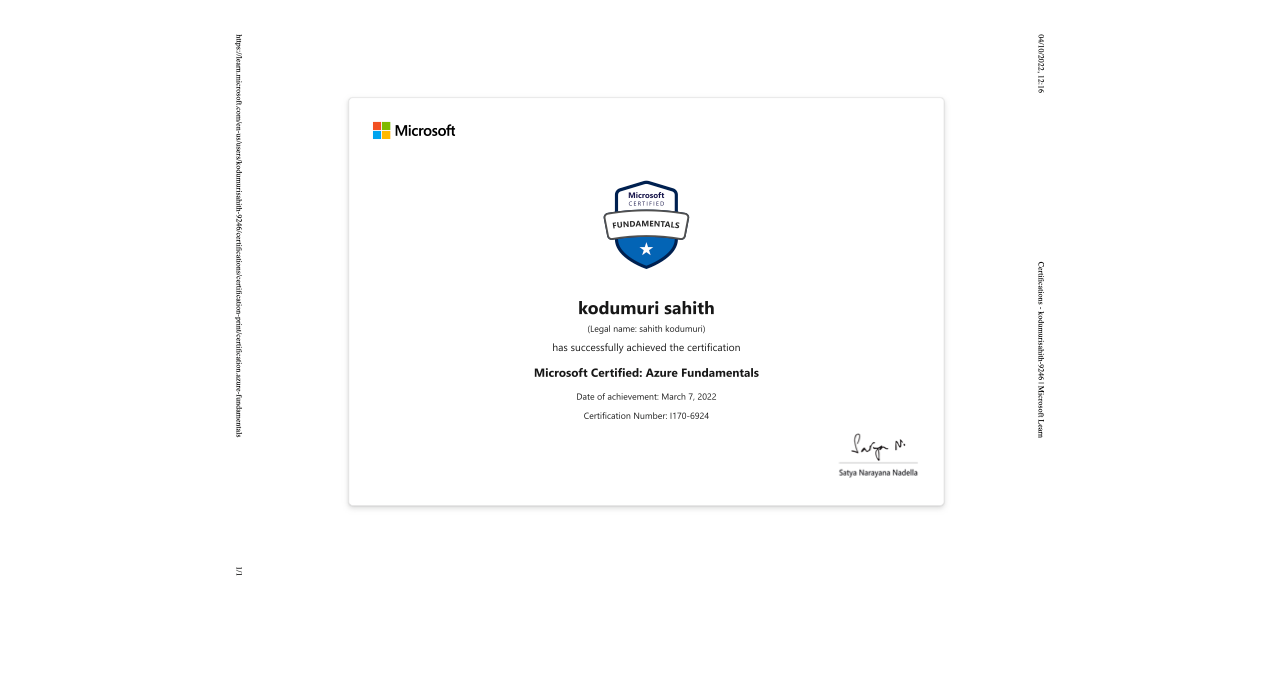
Repository: htihaS/sahith-certifications
Page: index.html
The author's editor kept a copy of each file at every save. The page is drawn from the files as they stood at one save, then again after the next save.
The browser window is 1280 px wide. The pictures show the whole page.

Above is the page before, as saved 2022-10-04 22:42:09.

After the next save:
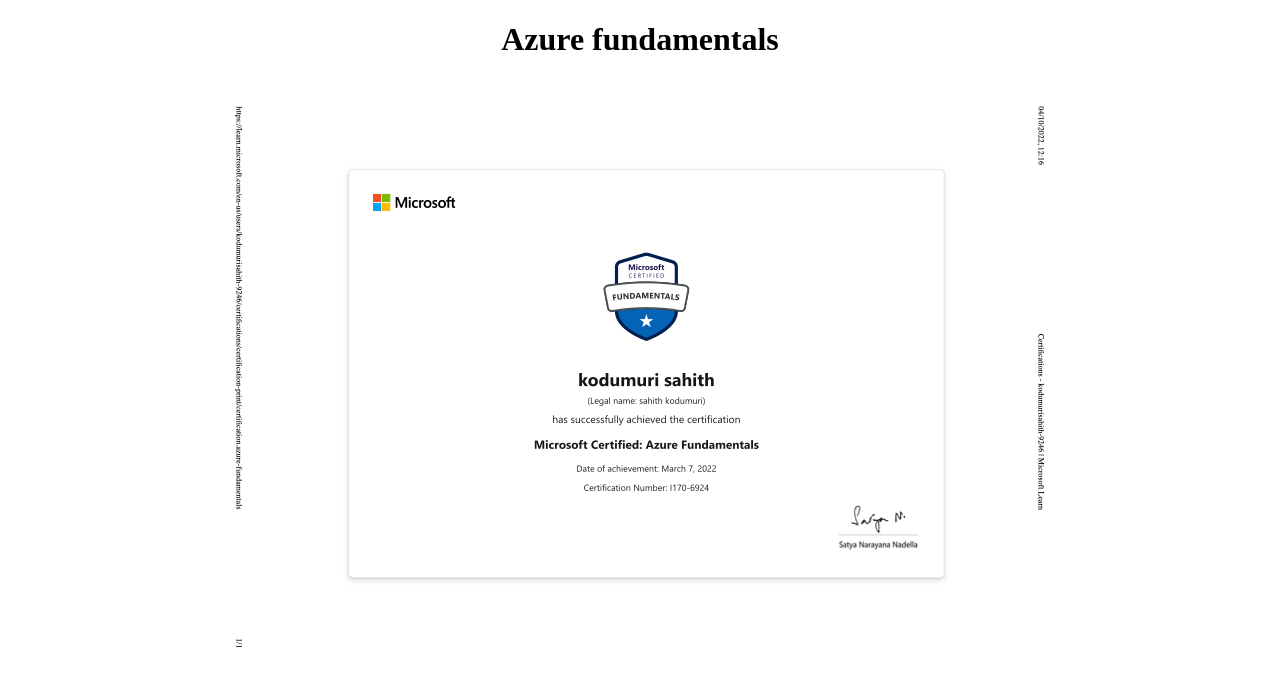
Saved 21 s later.
--- a/index.html
+++ b/index.html
@@ -8,6 +8,7 @@
     </head>
     <body>
         <div class="certificates">
+            <h1>Azure fundamentals</h1>
             <img src="images/Azure fundamentals copy.png">
         </div>
     </body>
